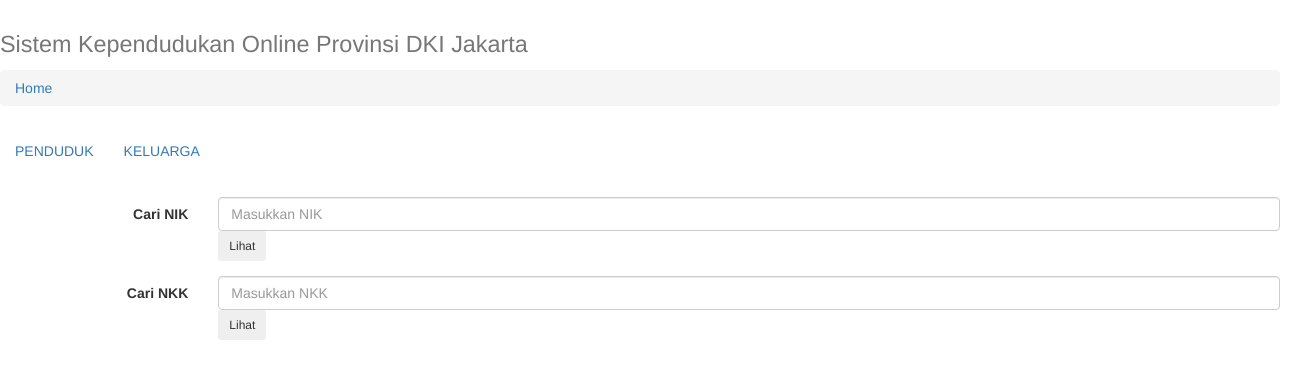
Repository: apap-2017/tugas1_1406544135
Page: http://localhost/index
The author's editor kept a copy of each file at every save. The page is drawn from the files as they stood at one save, then again after the next save.
The browser window is 1280 px wide. The page is 1295 px wide, so the pictures cover 1295 px, including what lies to the right of the window. The pictures show the whole page.
The page is this project's Thymeleaf template; nobody is signed in. The template is opened directly, without the code that normally fills it, so the values that code supplies are empty.

Above is the page before, as saved 2017-10-20 03:45:43.

After the next save:
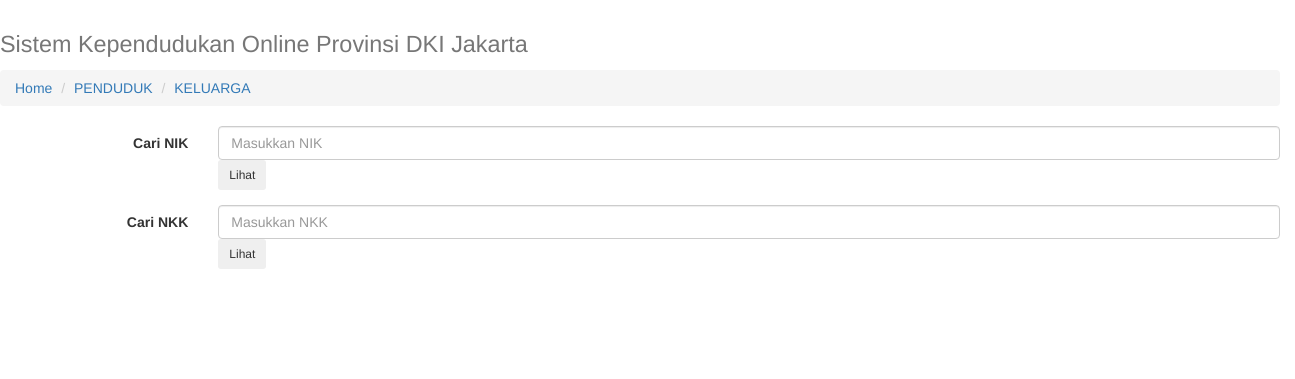
Saved 74 s later.
--- a/Tugas1_1406544135/src/main/resources/templates/index.html
+++ b/Tugas1_1406544135/src/main/resources/templates/index.html
@@ -15,15 +15,10 @@
 		</h1>
 		<ol class="breadcrumb">
 			<li><a th:href="@{/}">Home</a></li>
+			<li><a th:href="@{/penduduk/}">PENDUDUK</a></li>
+			<li><a th:href="@{/keluarga/}">KELUARGA</a></li>
 		</ol>
 	</section>
-
-	<nav class="navbar navbar-static-top" role="navigation">
-		<ul class="nav navbar-nav">
-			<li><a th:href="@{/penduduk/}">PENDUDUK</a></li>
-			<li><a th:href="@{/keluarga/}">KELUARGA</a></li>
-		</ul>
-	</nav>
 
 	<form class="form-horizontal" action="/penduduk" method="get">
 		<div class="form-group">

After the save that followed:
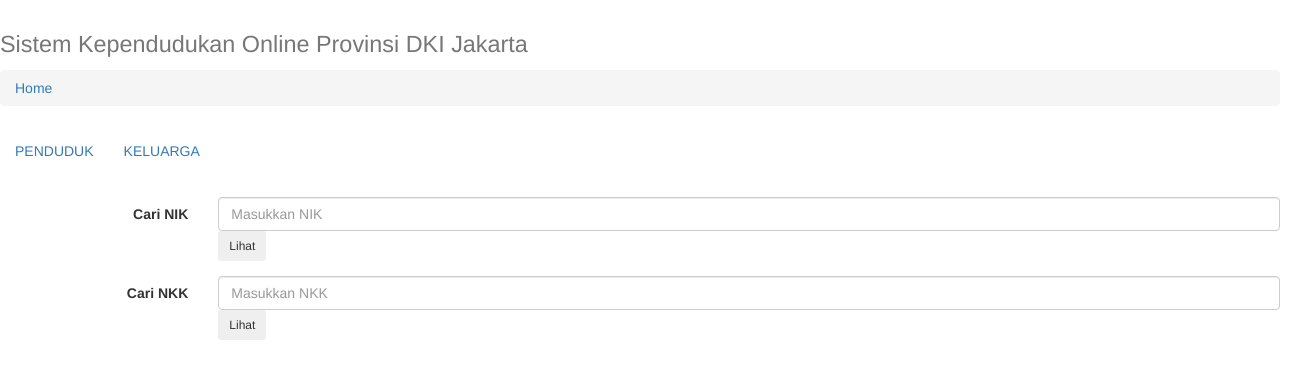
Saved 16 s later.
--- a/Tugas1_1406544135/src/main/resources/templates/index.html
+++ b/Tugas1_1406544135/src/main/resources/templates/index.html
@@ -15,10 +15,16 @@
 		</h1>
 		<ol class="breadcrumb">
 			<li><a th:href="@{/}">Home</a></li>
+
+		</ol>
+	</section>
+
+	<nav class="navbar navbar-static-top" role="navigation">
+		<ul class="nav navbar-nav">
 			<li><a th:href="@{/penduduk/}">PENDUDUK</a></li>
 			<li><a th:href="@{/keluarga/}">KELUARGA</a></li>
-		</ol>
-	</section>
+		</ul>
+	</nav>
 
 	<form class="form-horizontal" action="/penduduk" method="get">
 		<div class="form-group">
